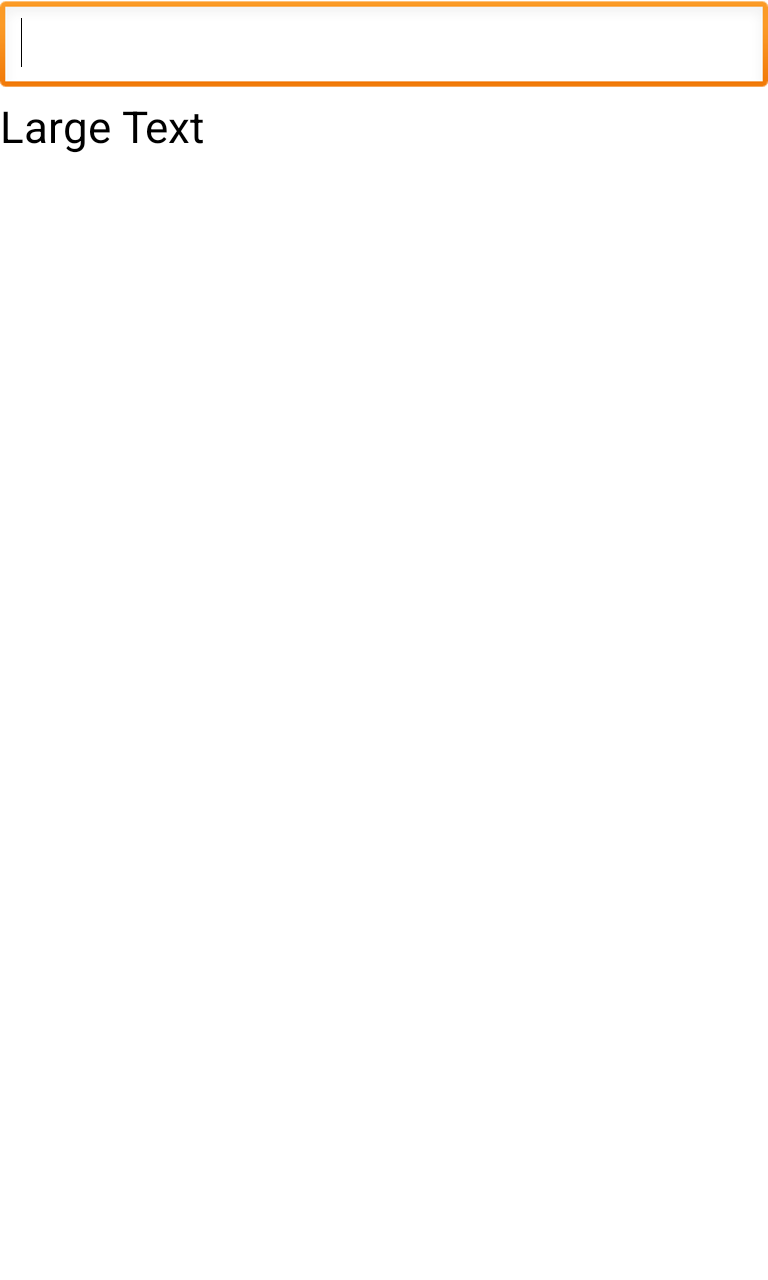
Repository: arodriguezp2003/aqandroid
Layout: Prueba/res/layout/mainactivity.xml
An editor plug-in stored every save of this project. The layout is shown before and after the next save, followed by the edit.
It is drawn on a 768 x 1280 px phone screen (xhdpi) without system bars, with theme android:Theme.Light.NoTitleBar; the app's code is not run.

Above is the layout before, as saved 2014-07-09 16:39:13.

### Prueba/res/layout/mainactivity.xml
<?xml version="1.0" encoding="utf-8"?>
<LinearLayout xmlns:android="http://schemas.android.com/apk/res/android"
    android:layout_width="match_parent"
    android:layout_height="match_parent"
    android:orientation="vertical" >

    <EditText
        android:id="@+id/xBarra"
        android:layout_width="match_parent"
        android:layout_height="wrap_content"
        android:ems="10"
        android:inputType="text"
        >

        <requestFocus />
    </EditText>

    <TextView
        android:id="@+id/lBarra"
        android:layout_width="wrap_content"
        android:layout_height="wrap_content"
        android:text="Large Text"
        android:textAppearance="?android:attr/textAppearanceLarge" />

</LinearLayout>

After the next save:
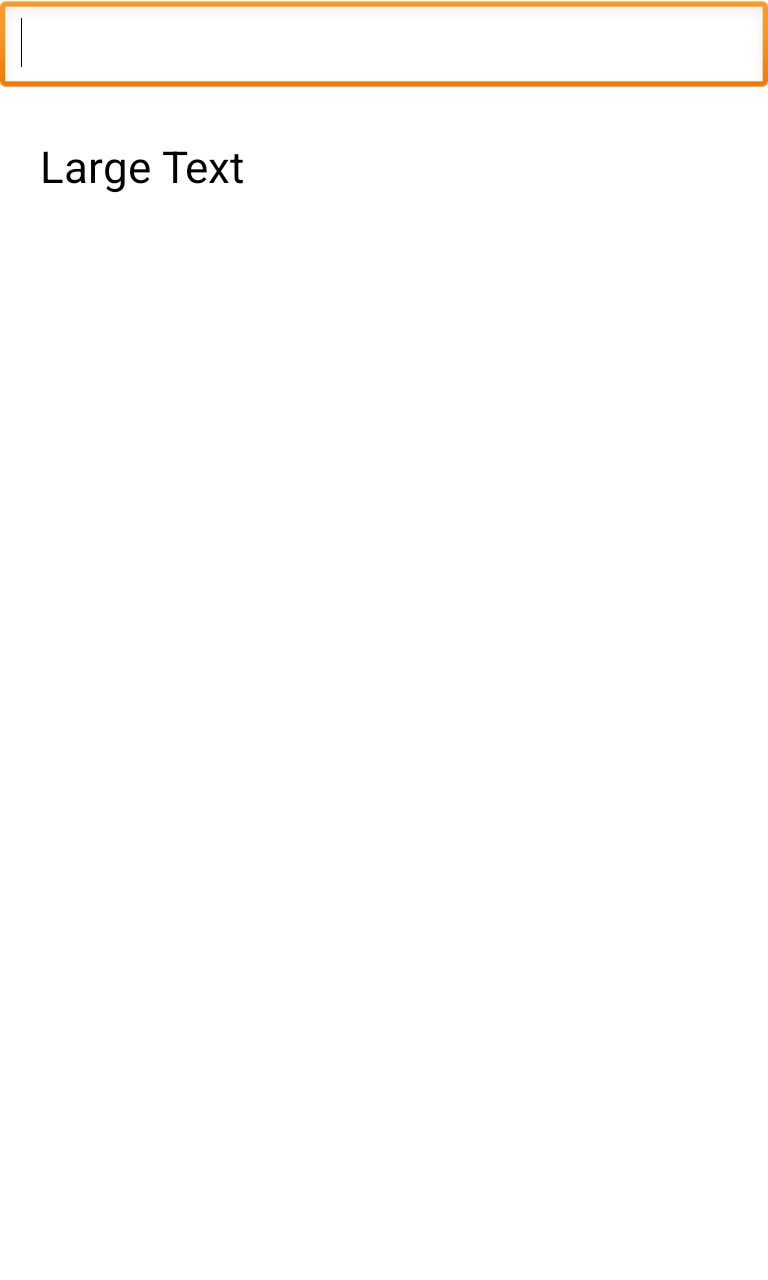
Saved 24 s later.
--- a/Prueba/res/layout/mainactivity.xml
+++ b/Prueba/res/layout/mainactivity.xml
@@ -20,6 +20,7 @@
         android:layout_width="wrap_content"
         android:layout_height="wrap_content"
         android:text="Large Text"
+          android:padding="20dp"
         android:textAppearance="?android:attr/textAppearanceLarge" />
 
 </LinearLayout>
